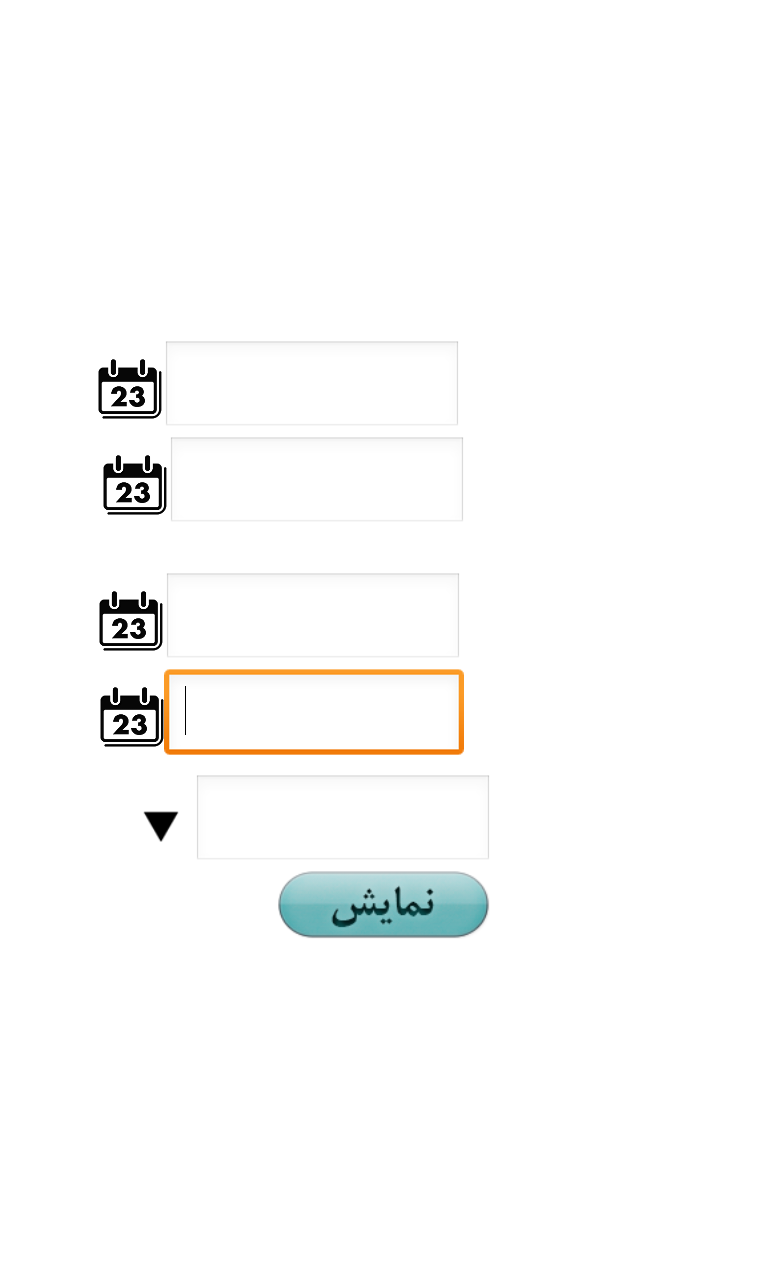
Repository: AtiehPardaz/Reports-Mobile
Layout: Reportsmobile/res/layout/frg_khazane_asnaddaryafti.xml
These files come from the project's save history. The layout is drawn as it stood at one moment and after the next save; the edit follows.
It is drawn on a 768 x 1280 px phone screen (xhdpi) without system bars, with theme Theme.behzad; the app's code is not run.

Above is the layout before, as saved 2015-03-11 13:48:38.

After the next save:
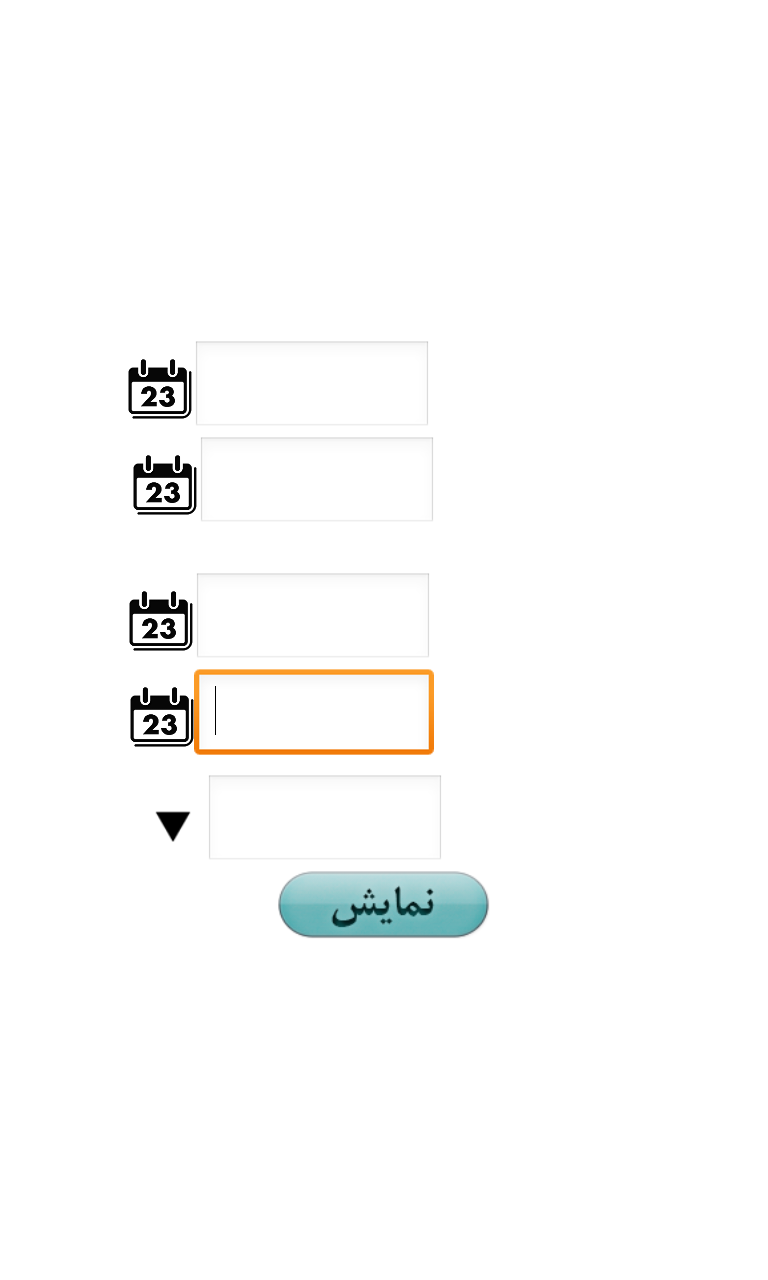
Saved 89 s later.
--- a/Reportsmobile/res/layout/frg_khazane_asnaddaryafti.xml
+++ b/Reportsmobile/res/layout/frg_khazane_asnaddaryafti.xml
@@ -20,7 +20,7 @@
 
         <EditText
             android:id="@+id/et_date_pardakhtebteda_khazane"
-            android:layout_width="150dp"
+            android:layout_width="120dp"
             android:layout_height="wrap_content"
             android:layout_gravity="center"
             android:inputType="date" >
@@ -54,7 +54,7 @@
 
         <EditText
             android:id="@+id/et_date_pardakhtenteha_khazane"
-            android:layout_width="150dp"
+            android:layout_width="120dp"
             android:layout_height="wrap_content"
             android:layout_gravity="center"
             android:inputType="date" />
@@ -86,7 +86,7 @@
 
         <EditText
             android:id="@+id/et_date_sarresidebteda_khazane"
-            android:layout_width="150dp"
+            android:layout_width="120dp"
             android:layout_height="wrap_content"
             android:layout_gravity="center"
             android:inputType="date" >
@@ -120,7 +120,7 @@
 
         <EditText
             android:id="@+id/et_date_sarresidenteha_khazanee"
-            android:layout_width="150dp"
+            android:layout_width="120dp"
             android:layout_height="wrap_content"
             android:layout_gravity="center"
             android:inputType="date" >
@@ -155,7 +155,7 @@
 
         <EditText
             android:id="@+id/et__skhakhs_khazane"
-            android:layout_width="150dp"
+            android:layout_width="120dp"
             android:layout_height="wrap_content"
             android:layout_gravity="center" />
 
@@ -165,7 +165,7 @@
             android:layout_height="wrap_content"
             android:layout_gravity="right|center"
             android:gravity="right"
-            android:text="شخص گیرنده:"
+            android:text="شخص گیرنده:     "
             android:textAppearance="?android:attr/textAppearanceLarge"
             android:textColor="#ffffff"
             android:textSize="14sp" />
